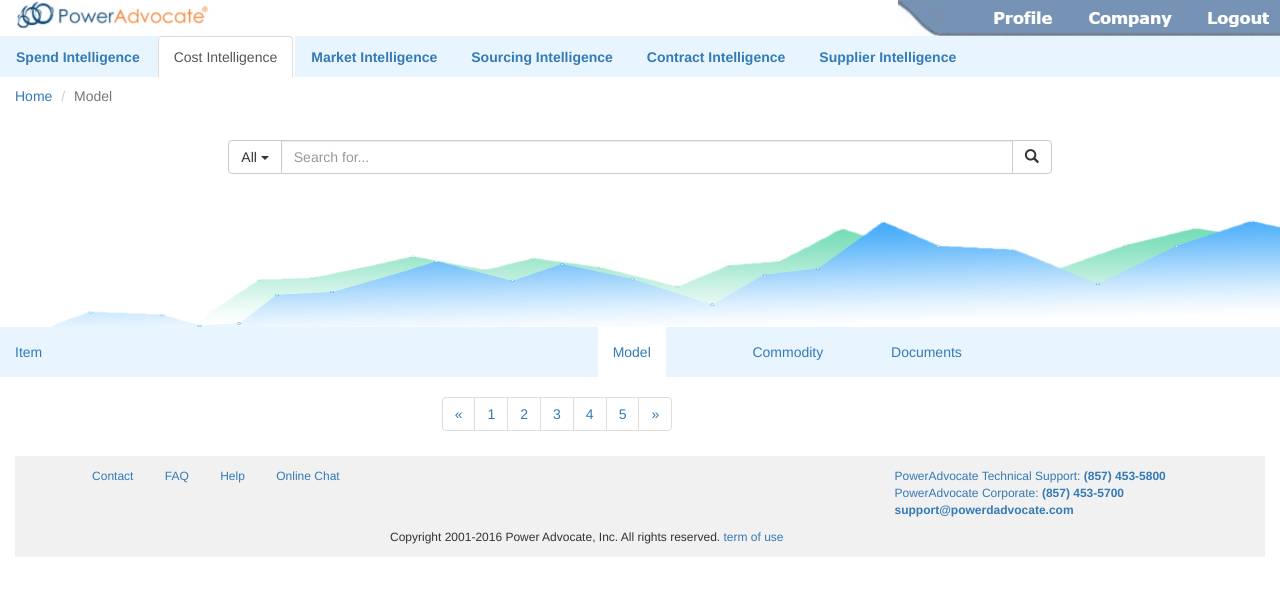
Repository: SamiraMansouri/PowerAdvocate-CostIntelligence-Application-new-Design-using-UserExperience-Method-
Page: http://localhost/PowerAdvocate/WEB-INF/views/Documents.jsp
The author's editor kept a copy of each file at every save. The page is drawn from the files as they stood at one save, then again after the next save.
The browser window is 1280 px wide. The pictures show the whole page.
The page is served by Tomcat 9. Nobody is signed in. Other server files are loaded and not shown. The template is opened directly, without the code that normally fills it, so the values that code supplies are empty.

Above is the page before, as saved 2016-04-25 05:47:48.

### PowerAdvocate-Prototype/PowerAdvocate/src/main/webapp/WEB-INF/views/Documents.jsp
<!DOCTYPE html>
<html lang="en">
<head>
<title>Documents</title>
<meta charset="utf-8">
<meta name="viewport" content="width=device-width, initial-scale=1">
<link rel="stylesheet"
	href="http://maxcdn.bootstrapcdn.com/bootstrap/3.3.6/css/bootstrap.min.css">
<script
	src="https://ajax.googleapis.com/ajax/libs/jquery/1.12.0/jquery.min.js"></script>
<script
	src="http://maxcdn.bootstrapcdn.com/bootstrap/3.3.6/js/bootstrap.min.js"></script>
</head>
<style>
.nav .navbar-nav>li>a:hover, .navbar-default .navbar-nav>li>a:focus {
	color: #ffff; /*Sets the text hover color on navbar*/
}

.nav .nav-tabs>.active>a, .nav .nav-tabs>.active>a:hover, .nav .nav-tabs>.active>a:focus
	{
	color: black; /*BACKGROUND color for active*/
	background-color: red;
}

.nav {
	background-color: #e8f5fe;
	border-color: white;
}

.nav>li>a:hover, .nav>li>a:focus {
	text-decoration: none;
	background-color: silver; /*Change rollover cell color here*/
}

.navbar-default .navbar-nav>li>a {
	color: white; /*Change active text color here*/
}

.top-buffer {
	margin-top: 3%;
}

.nav .nav-tabs {
	display: inline-block;
	float: none;
	vertical-align: top;
}

.nav .navbar-collapse {
	text-align: center;
}

#bs-example-navbar-collapse-1 {
	padding: 0;
}

lineblue {
	border-bottom: 5pt solid black;
}

.navbar-nav {
	width: 100%;
	text-align: center; > li { float : none;
	display: inline-block;
}

}
.active {
	background-color: #fff;
}

.btn-warning.btn-outline {
	color: #f0ad4e;
}

.btn-warning.btn-outline:hover {
	color: #fff;
}

.btn-outline {
	background-color: transparent;
	color: inherit;
	transition: all .5s;
}

.footer {
	background-color: #F1F1F1;
	padding-top: 1%;
	font-size: 12px;
}

#col1 li {
	display: inline;
	text-decoration: none;
	padding-left: 5%;
}

#col1 ul {
	padding-left: 0;
}

#col2 li {
	text-decoration: none;
	padding-left: 35%;
	list-style-type: none;
}
.image
{
padding-right:0;

}
ul.nav a:hover { background-color: #e8f5fe; font-weight:bold; !important; }
</style>
<body>

	<div class="container-fluid">
		<div class="row">
			<div class="col-md-4 ">
				<img src="resources/img/pa.png" alt="logo"
					style="width: 50%; height: 30%;">
			</div>
			<div class="col-md-8 image">
				<span class="pull-right "> <img src="resources/img/menu.png"
					class="pull-right " alt="logo" style="width: 60%; height: 30%;">
				</span>
			</div>
		</div>

		<!--end of row-->
		<div class="row">
			<ul class="nav nav-tabs">
				<li role="presentation"><a href="#"><b>Spend
							Intelligence</b></a></li>
				<li role="presentation" class="active"><a href="#">Cost
						Intelligence</a></li>
				<li role="presentation"><a href="#"><b>Market
							Intelligence</b></a></li>
				<li role="presentation"><a href="#"><b>Sourcing
							Intelligence</b></a></li>
				<li role="presentation"><a href="#"><b>Contract
							Intelligence</b></a></li>
				<li role="presentation"><a href="#"><b>Supplier
							Intelligence</b></a></li>
			</ul>
		</div>
		<!--end of row-->

		<div class="row">
			<ol class="breadcrumb"
				style="margin-bottom: 2%; background-color: #fff;">
				<li><a href="/prototype/home">Home</a></li>
				<li class="active">Model</li>
			</ol>
		</div>
		<!-- bread crumb -->

		<div class="row">
			<div class="col-lg-2"></div>
			<div class="col-lg-8">
				<div class="input-group">
					<div class="input-group-btn">
						<button type="button" class="btn btn-default dropdown-toggle"
							data-toggle="dropdown" aria-haspopup="true" aria-expanded="false">
							All <span class="caret"></span>
						</button>
						<ul class="dropdown-menu">
							<li><a href="#">All</a></li>
							<li role="separator" class="divider"></li>
							<li><a href="#">Model</a></li>
							<li><a href="#">Item</a></li>
							<li><a href="#">Commodity</a></li>
						</ul>
					</div>
					<!-- btn-group -->

					<input type="text" class="form-control" placeholder="Search for..." />
					<span class="input-group-btn">
						<button class="btn btn-default" type="button">
							<span class="glyphicon glyphicon-search" aria-hidden="true"></span>
						</button>
					</span>
				</div>
				<!-- /input-group -->
			</div>
			<!-- lg-8 -->
			<div class="col-lg-2"></div>
		</div>
		<!-- /row -->

		<div class="row">
			<div class="col-md-12 image">
				<img  src="resources/img/background_less.png" alt="logo"
					style="width: 100%; height: 115px; margin-top:3%;">
			</div>
		</div>
		<!-- row -->

		<div class="row">
			<div class=" collapse navbar-collapse "
				id="bs-example-navbar-collapse-1">
				<ul class="nav navbar-nav">
				<li><a href="#"></a></li>
				<li><a href="#"></a></li>
				<li><a href="#"></a></li>
				<li><a href="#"></a></li>
				<li><a href="#"></a></li>
				<li><a href="#"></a></li>
				<li><a href="#"></a></li>
				<li><a href="#"></a></li>
					<li class="active"><a href="/prototype/home" >Model</a></li>
									<li><a href="#"></a></li>
					<li class="pull-left"><a href="/prototype/Item">Item</a></li>
									<li><a href="#"></a></li>
					<li><a href="/prototype/Commodity">Commodity</a></li>
									<li><a href="#"></a></li>
					<li><a href="#">Documents</a></li>
									<li><a href="#"></a></li>
				</ul>
			</div>
			<!-- /.navbar-collapse -->
		</div>


	<!-- footer -->
	<div class="row">
		<div class="col-md-2"></div>
		<div class="col-md-2"></div>
		<div class="col-md-8 ">
			<nav>
				<ul class="pagination">
					<li><a href="#" aria-label="Previous"> <span
							aria-hidden="true">&laquo;</span>
					</a></li>
					<li><a href="#">1</a></li>
					<li><a href="#">2</a></li>
					<li><a href="#">3</a></li>
					<li><a href="#">4</a></li>
					<li><a href="#">5</a></li>
					<li><a href="#" aria-label="Next"> <span
							aria-hidden="true">&raquo;</span>
					</a></li>
				</ul>
			</nav>
		</div>
	</div>
	<!--pagination-->
	<!--footer-->
	<div class="footer">
		<div class="row ">
			<div class="col-md-6" id="col1" style="padding-left: 5%;">
				<ul>
					<li><a src="#"> Contact</a></li>
					<li><a src="#"> FAQ </a></li>
					<li><a src="#"> Help</a></li>
					<li><a src="#"> Online Chat</a></li>
				</ul>
			</div>

			<div class="col-md-6" id="col2">
				<ul>
					<li><a src="#"> PowerAdvocate Technical Support:<b> (857)
							453-5800</b></a></li>
					<li><a src="#"> PowerAdvocate Corporate: <b>(857) 453-5700 </b></a></li>
					<li><a src="#"><b>support@powerdadvocate.com</b> </a></li>
				</ul>
			</div>
		</div>
		<div class="row">
			<div class="col-md-12">
				<p style="padding-left: 30%;">
					Copyright 2001-2016 Power Advocate, Inc. All rights reserved.<a
						src="#"> term of use </a>
				</p>
			</div>
		</div>
	</div>
	<!-- end of footer-->


	</div>
</body>
</html>

After the next save:
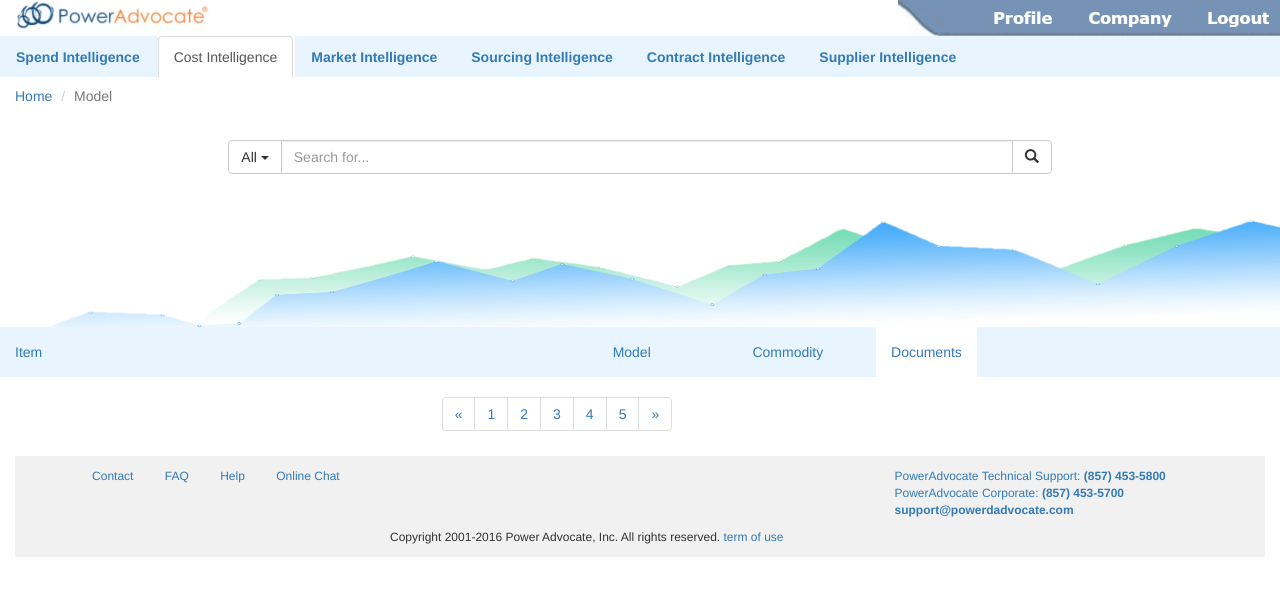
Saved 22 s later.
--- a/PowerAdvocate-Prototype/PowerAdvocate/src/main/webapp/WEB-INF/views/Documents.jsp
+++ b/PowerAdvocate-Prototype/PowerAdvocate/src/main/webapp/WEB-INF/views/Documents.jsp
@@ -207,13 +207,13 @@
 				<li><a href="#"></a></li>
 				<li><a href="#"></a></li>
 				<li><a href="#"></a></li>
-					<li class="active"><a href="/prototype/home" >Model</a></li>
+					<li ><a href="/prototype/home" >Model</a></li>
 									<li><a href="#"></a></li>
 					<li class="pull-left"><a href="/prototype/Item">Item</a></li>
 									<li><a href="#"></a></li>
 					<li><a href="/prototype/Commodity">Commodity</a></li>
 									<li><a href="#"></a></li>
-					<li><a href="#">Documents</a></li>
+					<li class="active"><a href="#">Documents</a></li>
 									<li><a href="#"></a></li>
 				</ul>
 			</div>
